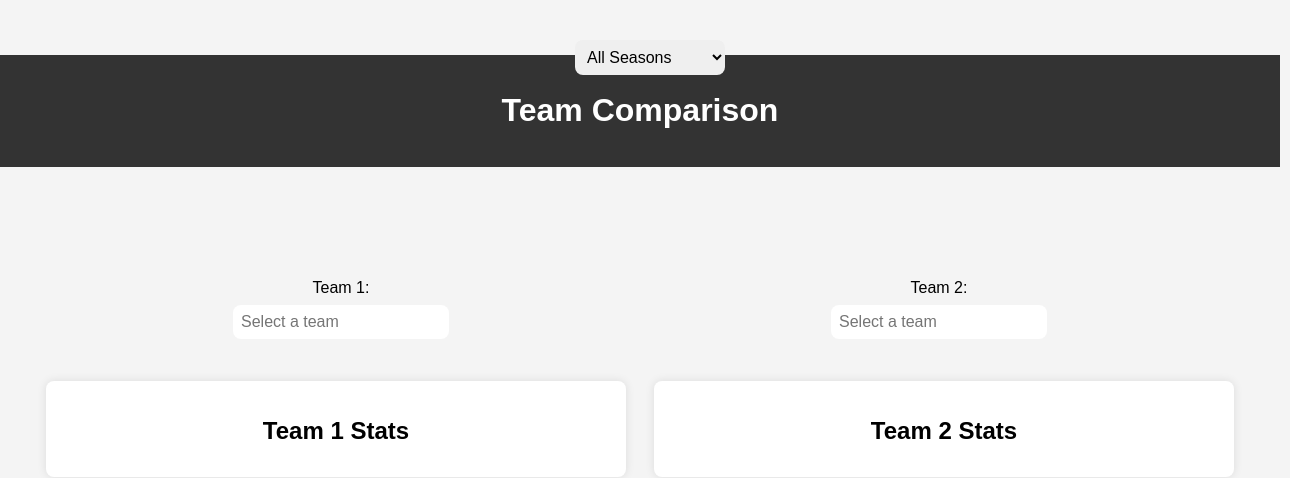
Repository: Enzo-py/dataviz-project-m1
Page: stat_page.html
An editor plug-in stored every save of this project. The page is shown before and after the next save, followed by the edit.
The browser window is 1280 px wide. The page is 1290 px wide, then 1280 px, so the pictures cover 1290 px, including what lies to the right of the window. The pictures show the whole page.
Some web fonts or font styles are not loaded; a fallback is used.

Above is the page before, as saved 2024-12-12 15:46:21.

### stat_page.html
<!DOCTYPE html>
<html lang="en">
<head>
    <meta charset="UTF-8">
    <meta name="viewport" content="width=device-width, initial-scale=1.0">
    <title>Team Comparison</title>
    <script type="text/javascript" src="js/d3.v7.min.js"></script>
    <script type="text/javascript" src="js/stat_page.js"></script>
    <link rel="stylesheet" href="style_stat_page.css">
    <link rel="preload" href="https://fonts.googleapis.com/css2?family=Material+Symbols+Outlined:opsz,wght,FILL,GRAD@20..48,100..700,0..1,-50..200&" as="style" onload="this.onload=null;this.rel='stylesheet'">
</head>
<body>
    <div class="season">
        <select id="season">
            <option value="total">All Seasons</option>
            <option value="2021-2022">2021-2022</option>
            <option value="2022-2023">2022-2023</option>
            <option value="2023-2024">2023-2024</option>
        </select>
    </div>
    <header>
        <h1>Team Comparison</h1>
    </header>
    <main>
        <div class="team-selection">
            <div class="team">
                <label for="team1">Team 1:</label>
                <input type="text" id="team1" list="teams" placeholder="Select a team">
            </div>
            <div class="team">
                <label for="team2">Team 2:</label>
                <input type="text" id="team2" list="teams" placeholder="Select a team">
            </div>
            <datalist id="teams">
                <!-- Options will be populated dynamically -->
            </datalist>
        </div>
        <section class="comparison-results">
            <div class="team-stats" id="team1-stats">
                <h2>Team 1 Stats</h2>
                <!-- Stats will be populated dynamically -->
            </div>
            <div class="team-stats" id="team2-stats">
                <h2>Team 2 Stats</h2>
                <!-- Stats will be populated dynamically -->
            </div>
        </section>
    </main>
</body>
</html>

### js/stat_page.js
document.addEventListener("DOMContentLoaded", function() {
    const teams = ["Team A", "Team B", "Team C", "Team D"]; // Example teams, replace with actual data

    const datalist = document.getElementById("teams");
    teams.forEach(team => {
        const option = document.createElement("option");
        option.value = team;
        datalist.appendChild(option);
    });

    document.getElementById("team1").addEventListener("change", updateStats);
    document.getElementById("team2").addEventListener("change", updateStats);

    function updateStats() {
        const team1 = document.getElementById("team1").value;
        const team2 = document.getElementById("team2").value;

        if (team1) {
            document.getElementById("team1-stats").innerHTML = `<h2>${team1} Stats</h2><p>Stats for ${team1} will be displayed here.</p>`;
        }

        if (team2) {
            document.getElementById("team2-stats").innerHTML = `<h2>${team2} Stats</h2><p>Stats for ${team2} will be displayed here.</p>`;
        }
    }
});

### style_stat_page.css
body {
    font-family: Arial, sans-serif;
    margin: 0;
    padding: 0;
    background-color: #f4f4f4;
}

header {
    background-color: #333;
    color: #fff;
    text-align: center;
    padding: 1rem 0;
}

main {
    padding: 2rem;
    margin-top: 70px; /* Add top margin to prevent overlap */
}

div.team-selection {
    display: flex;
    justify-content: space-around;
    margin-bottom: 2rem;
    background-color: var(--background-color);
    border: solid 2px var(--secondary-color);
    padding: 10px;
    border-radius: 8px;
    box-shadow: 0 3px 3px 0 var(--shadow-color);
}

.team, .season {
    display: flex;
    flex-direction: column;
    align-items: center;
}

.team label, .season label {
    margin-bottom: 0.5rem;
}

.team input, .season select {
    padding: 0.5rem;
    font-size: 1rem;
    width: 200px;
    border: solid 2px var(--secondary-color);
    border-radius: 8px;
    box-shadow: 0 3px 3px 0 var(--shadow-color);
}

.season {
    position: relative;
    top: 30px;
    left: 10px;
    background-color: var(--background-color);
    border: solid 2px var(--secondary-color);
    padding: 10px;
    border-radius: 8px;
    box-shadow: 0 3px 3px 0 var(--shadow-color);
    display: flex;
    flex-direction: column;
    align-items: center;
}

.season label {
    margin-bottom: 0.5rem;
}

.season select {
    padding: 0.5rem;
    font-size: 1rem;
    width: 150px;
    border: solid 2px var(--secondary-color);
    border-radius: 8px;
    box-shadow: 0 3px 3px 0 var(--shadow-color);
}

.comparison-results {
    display: flex;
    justify-content: space-around;
}

.team-stats {
    background-color: #fff;
    padding: 1rem;
    border-radius: 8px;
    box-shadow: 0 0 10px rgba(0, 0, 0, 0.1);
    width: 45%;
}

.team-stats h2 {
    text-align: center;
    margin-bottom: 1rem;
}

Loaded but not shown: js/d3.v7.min.js (library)

After the next save:
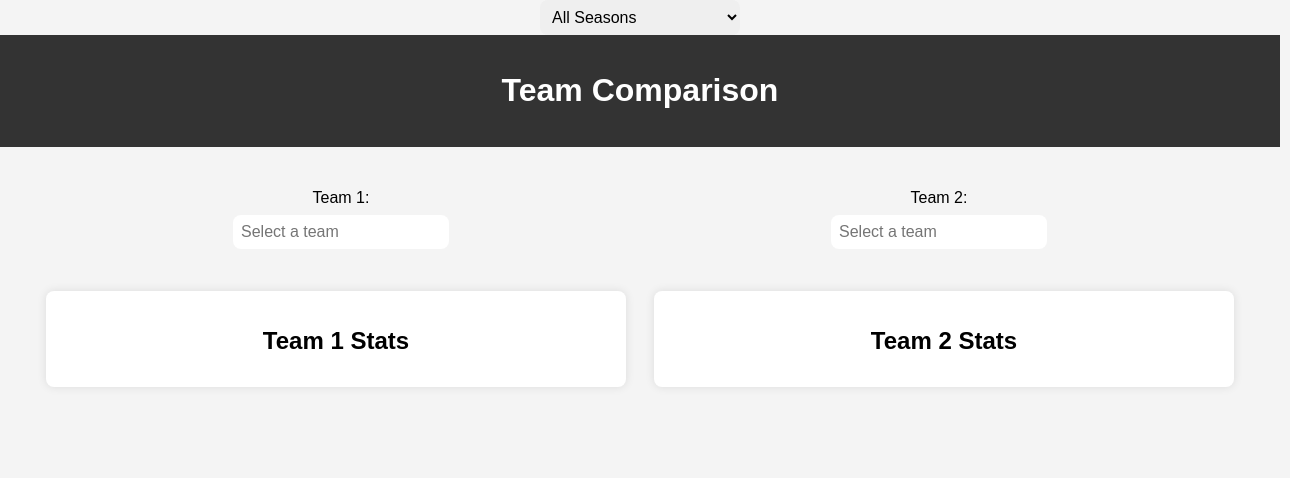
Saved 6 s later.
--- a/style_stat_page.css
+++ b/style_stat_page.css
@@ -14,7 +14,6 @@ header {
 
 main {
     padding: 2rem;
-    margin-top: 70px; /* Add top margin to prevent overlap */
 }
 
 div.team-selection {
@@ -47,33 +46,6 @@ div.team-selection {
     box-shadow: 0 3px 3px 0 var(--shadow-color);
 }
 
-.season {
-    position: relative;
-    top: 30px;
-    left: 10px;
-    background-color: var(--background-color);
-    border: solid 2px var(--secondary-color);
-    padding: 10px;
-    border-radius: 8px;
-    box-shadow: 0 3px 3px 0 var(--shadow-color);
-    display: flex;
-    flex-direction: column;
-    align-items: center;
-}
-
-.season label {
-    margin-bottom: 0.5rem;
-}
-
-.season select {
-    padding: 0.5rem;
-    font-size: 1rem;
-    width: 150px;
-    border: solid 2px var(--secondary-color);
-    border-radius: 8px;
-    box-shadow: 0 3px 3px 0 var(--shadow-color);
-}
-
 .comparison-results {
     display: flex;
     justify-content: space-around;
